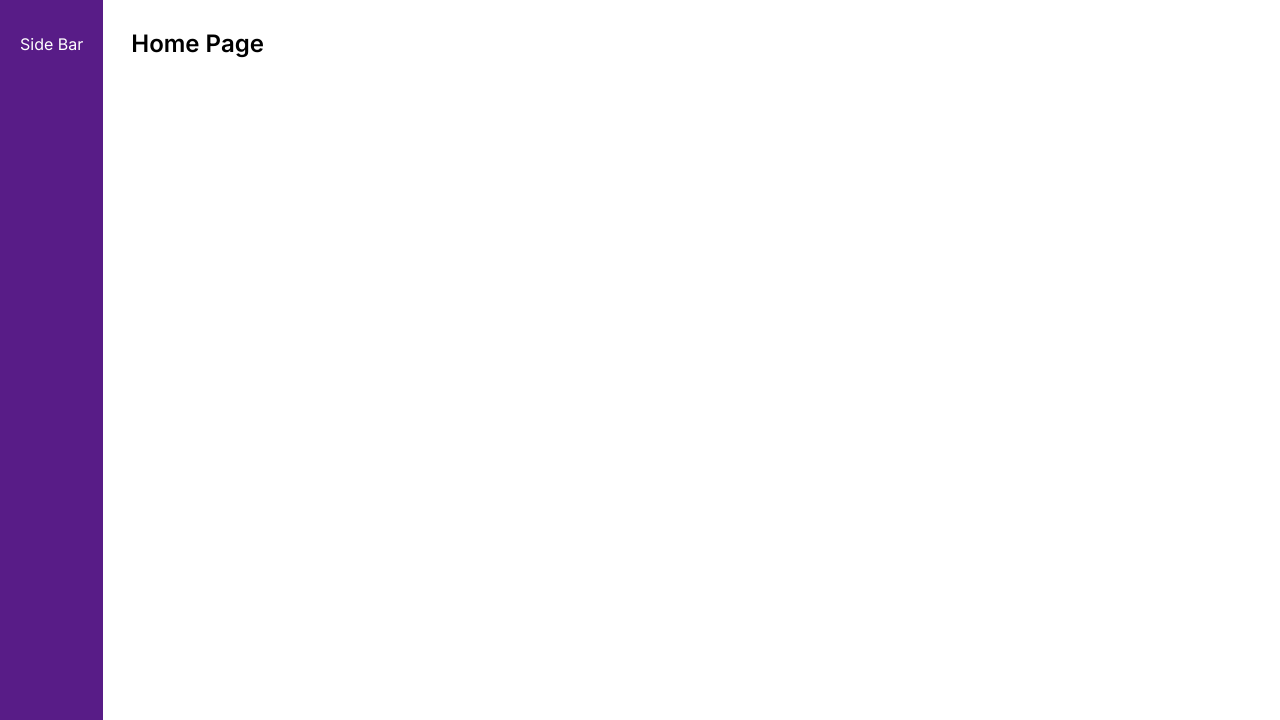
Repository: marcusdashe/anthophila
Page: /dashboard
An editor plug-in stored every save of this project. The page is shown before and after the next save, followed by the edit.
The browser window is 1280 px wide. The pictures show the whole page.
The project was rebuilt for these pictures with package versions that can differ from the ones it lists, and the page was loaded fresh each time. The framework's server and built-in components were replaced by stand-ins that run in the browser. Also part of the build but not shown: next.config.js.

Above is the page before, as saved 2023-04-05 14:07:02.

After the next save:
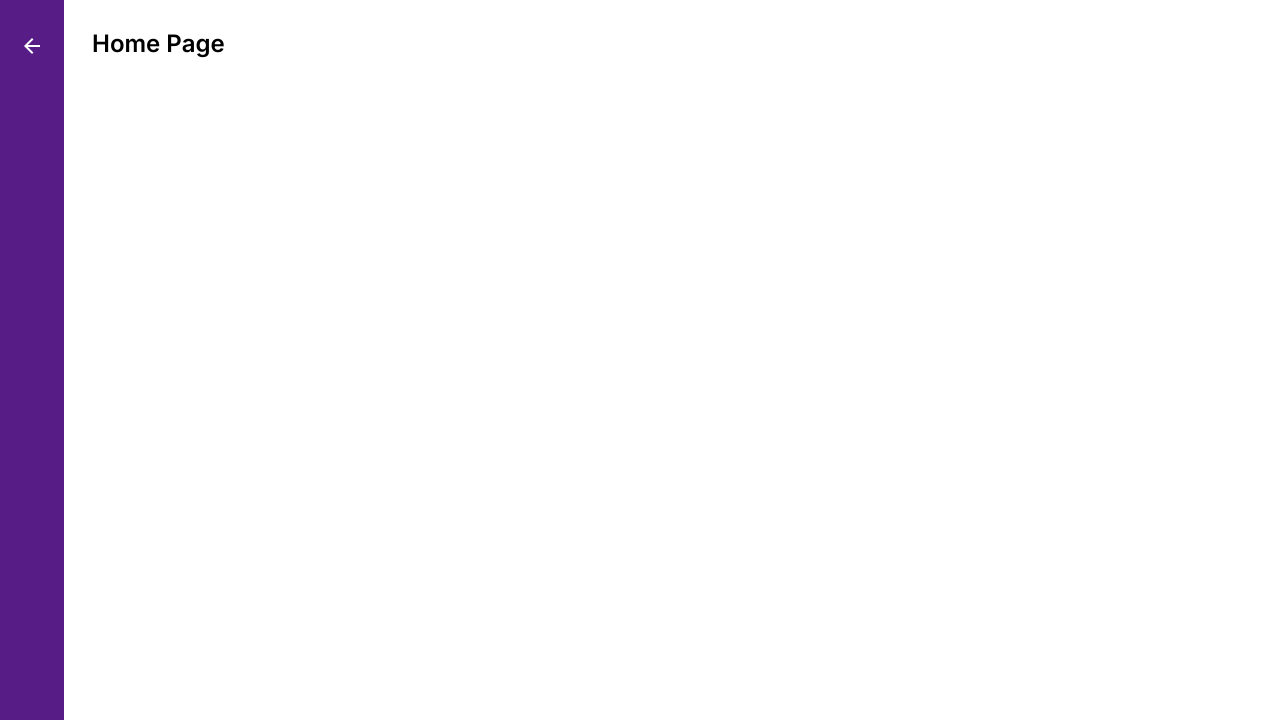
Saved 2 min 20 s later.
--- a/pages/dashboard.js
+++ b/pages/dashboard.js
@@ -1,10 +1,11 @@
 import React from "react";
+import ArrowBackIcon from "@mui/icons-material/ArrowBack";
 
 const Dashboard = () => {
   return (
     <div className="flex">
       <div className="bg-purple-900 h-screen p-5 pt-8 w-70 text-white">
-        Side Bar
+        <ArrowBackIcon />
       </div>
 
       <div className="p-7">
